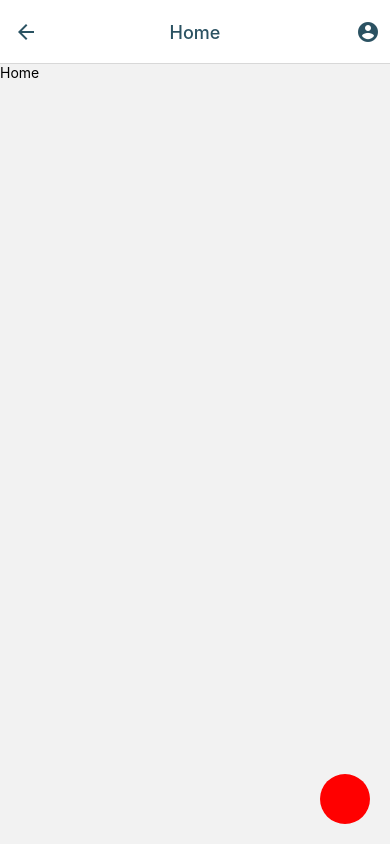
Repository: SaudCh/Expo-Pethub
Screen: /Home
An editor plug-in stored every save of this project. The screen is shown before and after the next save, followed by the edit.
The app was drawn by React Native's web renderer in a window 390 px wide. The project was rebuilt for these pictures with package versions that can differ from the ones it lists, and the page was loaded fresh each time. Also part of the build but not shown: Screens/Signup.js, Screens/Profile.js, Screens/UpdateProfile.js, Screens/ForgetPassword.js.

Above is the screen before, as saved 2022-11-15 00:50:25.

### App.js
import { StatusBar } from 'expo-status-bar';
import 'react-native-gesture-handler';
import { StyleSheet, Text, View } from 'react-native';
import { Provider as PaperProvider } from 'react-native-paper';
import AppNavigator from './Components/Navigator';

export default function App() {
  return (
    <PaperProvider>
      <AppNavigator />
    </PaperProvider>
  );
}

const styles = StyleSheet.create({
  container: {
    flex: 1,
    backgroundColor: '#fff',
    alignItems: 'center',
    justifyContent: 'center',
  },
});

### Components/Navigator.js
// In App.js in a new project

import * as React from 'react';
import { View, Text } from 'react-native';
import { NavigationContainer } from '@react-navigation/native';
import { createNativeStackNavigator } from '@react-navigation/native-stack';
import Login from '../Screens/Login';
import Signup from '../Screens/Signup';
import Home from '../Screens/Home';
import Profile from '../Screens/Profile';
import UpdateProfile from '../Screens/UpdateProfile';
import Avatar from './Avatar';
import ForgetPassword from '../Screens/ForgetPassword';

function HomeScreen() {
    return (
        <View style={{ flex: 1, alignItems: 'center', justifyContent: 'center' }}>
            <Text>Home Screen</Text>
        </View>
    );
}

const Stack = createNativeStackNavigator();

function AppNavigator() {
    return (
        <NavigationContainer>
            <Stack.Navigator>
                <Stack.Screen name="Login" component={Login} options={{
                    title: 'Login',
                    headerTintColor: "#2B5262",
                    headerTitleAlign: 'center'
                }} />

                <Stack.Screen name="Signup" component={Signup} options={{
                    title: 'Signup',
                    headerTintColor: "#2B5262",
                    headerTitleAlign: 'center'
                }} />

                <Stack.Screen name="ForgetPassword" component={ForgetPassword} options={{
                    title: 'Forget Password',
                    headerTintColor: "#2B5262",
                    headerTitleAlign: 'center'
                }} />

                <Stack.Screen name="Home" component={Home}
                    options={{
                        title: 'Home',
                        headerTintColor: "#2B5262",
                        headerTitleAlign: 'center',
                        headerRight: () => (
                            <Avatar />
                        )
                    }}
                />

                <Stack.Screen name="Profile" component={Profile} options={{
                    title: 'Profile',
                    headerTintColor: "#2B5262",
                    headerTitleAlign: 'center'
                }} />
                <Stack.Screen name="UpdateProfile" component={UpdateProfile} options={{
                    title: 'Update',
                    headerTintColor: "#2B5262",
                    headerTitleAlign: 'center',
                }} />

            </Stack.Navigator>
        </NavigationContainer>
    );
}

export default AppNavigator;

### Screens/Login.js
import { useNavigation } from "@react-navigation/native";
import React, { useState, useEffect } from "react";
import { View, Text, StyleSheet, ActivityIndicator, Alert, TouchableOpacity } from 'react-native'
import { TextInput, Button } from "react-native-paper"

export default function Login() {

    const navigation = useNavigation()

    const [data, setData] = useState({
        email: '',
        password: ''
    })

    return (
        <View style={{ ...styles.body }}>
            <View style={{ ...styles.box }}>
                <View>
                    <TextInput
                        mode="outlined"
                        placeholder="Email"
                        style={{ marginBottom: 10 }}
                        value={data.email}
                        onChangeText={text => setData({ ...data, email: text })}
                    />
                </View>
                <View>
                    <TextInput
                        mode="outlined"
                        placeholder="Password"
                        value={data.password}
                        style={{ marginBottom: 10 }}
                        onChangeText={text => setData({ ...data, password: text })}
                        secureTextEntry
                    />
                </View>
                <TouchableOpacity onPress={()=>navigation.navigate("ForgetPassword")}>
                    <Text style={{ alignSelf: 'flex-end', color: 'blue' }}>Forgot Password?</Text>
                </TouchableOpacity>
                <View>
                    <Button mode="contained" onPress={() => navigation.replace('Home')} style={{ marginTop: 10 }} >
                        Login
                    </Button>

                    <Button onPress={() => navigation.navigate("Signup")} style={{ backgroundColor: 'transparent' }}>
                        <Text style={{ ...styles.bottomText }}>Switch to Signup</Text>
                    </Button>
                </View>
            </View>
        </View >
    );
}
const styles = StyleSheet.create({
    body: {
        flex: 1,
        alignItems: "center",
        justifyContent: 'center',
        backgroundColor: '#A9CCCF'
    },
    box: {
        shadowColor: "#000",
        shadowOffset: {
            width: 0,
            height: 3,
        },
        shadowOpacity: 0.27,
        shadowRadius: 4.65,
        elevation: 6,
        borderRadius: 10,

        backgroundColor: "#fff",
        padding: 20,
        width: 350
    },
    inputText: {
        fontWeight: 'bold'
    },
    bottomText: {
        fontSize: 16
    }
});

### Screens/Home.js
import { StyleSheet, Text, TouchableOpacity, View } from 'react-native'
import React from 'react'

export default function Home() {
  return (
    <View style={{ flex: 1 }}>
      <Text>Home</Text>

      <TouchableOpacity style={{ ...styles.floatingPoint }}>

      </TouchableOpacity>
    </View>
  )
}

const styles = StyleSheet.create({
  floatingPoint: {
    width: 50,
    height: 50,
    borderRadius: 50,
    backgroundColor: 'red',
    position: 'absolute',
    bottom: 20,
    right: 20
  }

})

### Components/Avatar.js
import { StyleSheet, Text, TouchableOpacity, View } from 'react-native'
import React from 'react'
import { MaterialIcons } from '@expo/vector-icons';
import { useNavigation } from '@react-navigation/native';

export default function Avatar() {
    const navigation = useNavigation();
    return (
        <TouchableOpacity TouchableOpacity onPress={() => navigation.navigate("Profile")} style={{
            marginRight: 10
        }} >
            <MaterialIcons name="account-circle" size={24} color={"#2B5262"} />
        </TouchableOpacity>
    )
}

const styles = StyleSheet.create({})

After the next save:
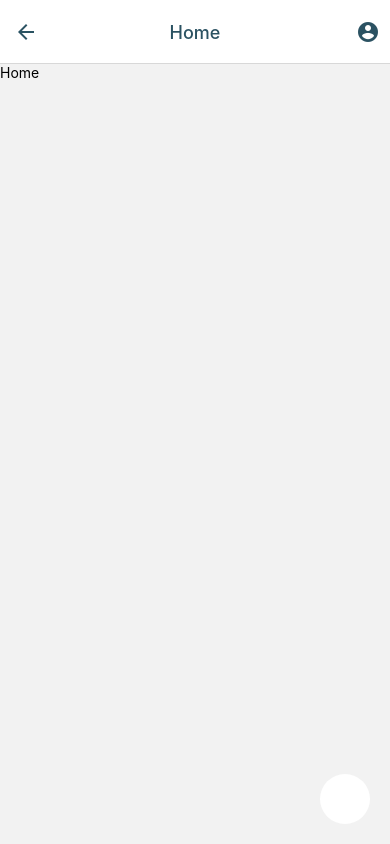
Saved 9 s later.
--- a/Screens/Home.js
+++ b/Screens/Home.js
@@ -18,7 +18,7 @@ const styles = StyleSheet.create({
     width: 50,
     height: 50,
     borderRadius: 50,
-    backgroundColor: 'red',
+    backgroundColor: '#fff',
     position: 'absolute',
     bottom: 20,
     right: 20
